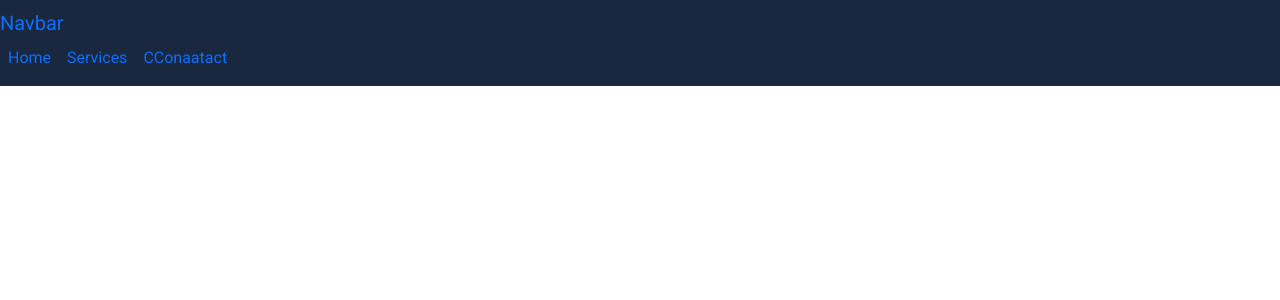
Repository: widdo/Front-end
Page: indix.html
These files come from the project's save history. The page is drawn as it stood at one moment and after the next save; the edit follows.
The browser window is 1280 px wide. The pictures show the whole page.

Above is the page before, as saved 2022-03-10 13:10:34.

### indix.html
<!DOCTYPE html>
<html lang="en">
<head>
       <meta charset="UTF-8">
       <meta http-equiv="X-UA-Compatible" content="IE=edge">
       <meta name="viewport" content="width=device-width, initial-scale=1.0">
       <title>Bonid</title>
       <link rel="stylesheet" href="css/bootstrap.min.css">
       <link rel="stylesheet" href="/css/all.min.css">
       <link rel="stylesheet" href="/css/Bondi.css">
       <link rel="preconnect" href="https://fonts.googleapis.com">
       <link rel="preconnect" href="https://fonts.gstatic.com" crossorigin>
       <link href="https://fonts.googleapis.com/css2?family=Roboto:ital,wght@0,100;0,300;0,400;1,100;1,300&display=swap" rel="stylesheet">
</head>
<body>

  <nav class="navbar navbar-expand-lg ">
    <div class="container-">
      <a class="navbar-brand" href="#">Navbar</a>
      <button class="navbar-toggler" type="button" data-bs-toggle="collapse" data-bs-target="#navbarSupportedContent" aria-controls="navbarSupportedContent" aria-expanded="false" aria-label="Toggle navigation">
        <span class="navbar-toggler-icon"></span>
      </button>
      <div class="collapse navbar-collapse" id="navbarSupportedContent">

        <ul class="navbar-nav me-auto mb-2 mb-lg-0">
          <li class="nav-item">
            <a class="nav-link active" aria-current="page" href="#">Home</a>
          </li>
          <li class="nav-item">
            <a class="nav-link" href="#">Services</a>
          </li>
          <li class="nav-item">
            <a class="nav-link" href="#">CConaatact</a>
          </li>

            </a>

          </li>

        </ul>

      </div>
    </div>
  </nav>


</body>
</html>

### css/Bondi.css
:root {
  --dark-color: #19283f;
}
body {
  font-family: "Roboto", sans-serif;
}

/* start Navbare */
.navbar {
  background-color: var(--dark-color);
}

/* End Navbare */

Loaded but not shown: css/bootstrap.min.css (library); css/all.min.css (library)

After the next save:
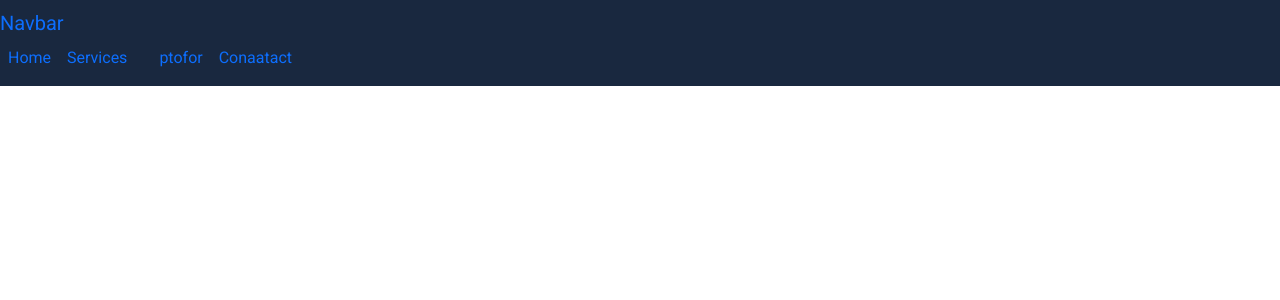
Saved 70 s later.
--- a/indix.html
+++ b/indix.html
@@ -30,7 +30,13 @@
             <a class="nav-link" href="#">Services</a>
           </li>
           <li class="nav-item">
-            <a class="nav-link" href="#">CConaatact</a>
+            <a class="nav-link" href="#"></a>
+          </li>
+          <li class="nav-item">
+            <a class="nav-link" href="#">ptofor</a>
+          </li>
+          <li class="nav-item">
+            <a class="nav-link" href="#">Conaatact</a>
           </li>
 
             </a>
